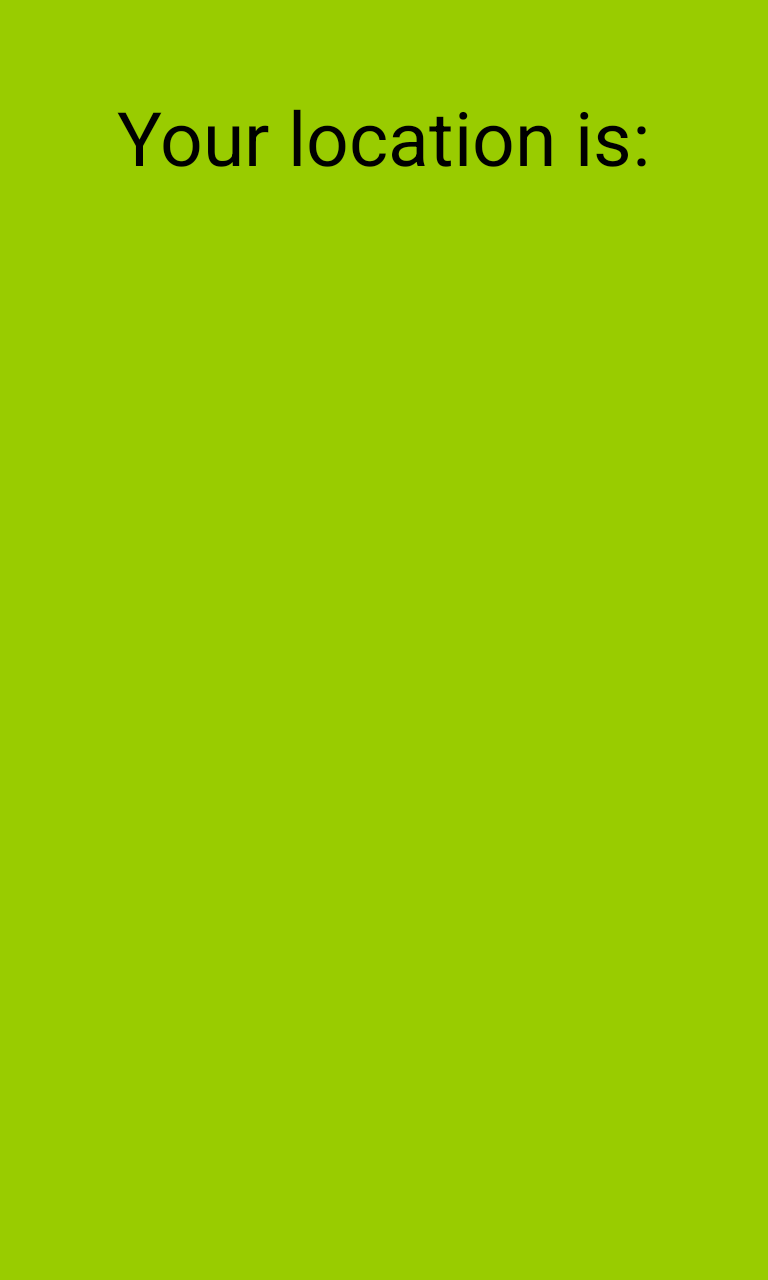
Repository: yasith/OnlyLocal
Layout: Only Local/res/layout/activity_start.xml
These files come from the project's save history. The layout is drawn as it stood at one moment and after the next save; the edit follows.
It is drawn on a 768 x 1280 px phone screen (xhdpi) without system bars, with theme AppTheme; the app's code is not run.

Above is the layout before, as saved 2012-07-25 04:41:24.

### Only Local/res/layout/activity_start.xml
<RelativeLayout xmlns:android="http://schemas.android.com/apk/res/android"
    xmlns:tools="http://schemas.android.com/tools"
    android:layout_width="match_parent"
    android:layout_height="match_parent"
    android:background= "#99CC00" >



    <TextView
        android:id="@+id/textView1"
        android:layout_width="wrap_content"
        android:layout_height="wrap_content"
        android:layout_alignParentTop="true"
        android:layout_centerHorizontal="true"
        android:layout_marginTop="43dp"
        android:text="Your location is:"
        android:textAppearance="?android:attr/textAppearanceLarge"
        android:textSize="75px" />

</RelativeLayout>

Loaded but not shown: Only Local/res/values-v11/styles.xml (common file); Only Local/res/values-v14/styles.xml (common file); Only Local/res/values/styles.xml (common file)

After the next save:
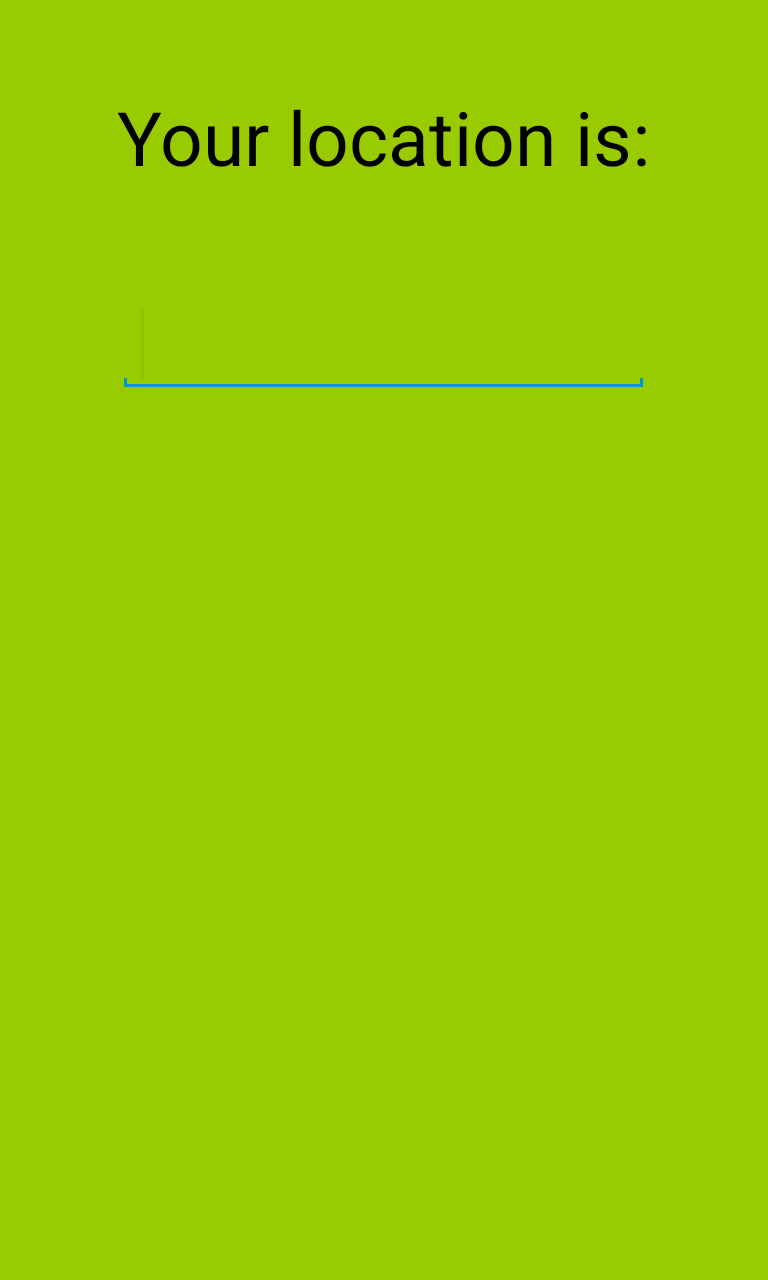
Saved 2 min 46 s later.
--- a/Only Local/res/layout/activity_start.xml
+++ b/Only Local/res/layout/activity_start.xml
@@ -17,4 +17,19 @@
         android:textAppearance="?android:attr/textAppearanceLarge"
         android:textSize="75px" />
 
+    <EditText
+        android:id="@+id/editText1"
+        android:layout_width="wrap_content"
+        android:layout_height="wrap_content"
+        android:layout_alignLeft="@+id/textView1"
+        android:layout_alignRight="@+id/textView1"
+        android:layout_below="@+id/textView1"
+        android:layout_marginTop="55dp"
+        android:ems="10"
+        android:inputType="textPostalAddress"
+        android:textSize="50px" >
+
+        <requestFocus />
+    </EditText>
+
 </RelativeLayout>
